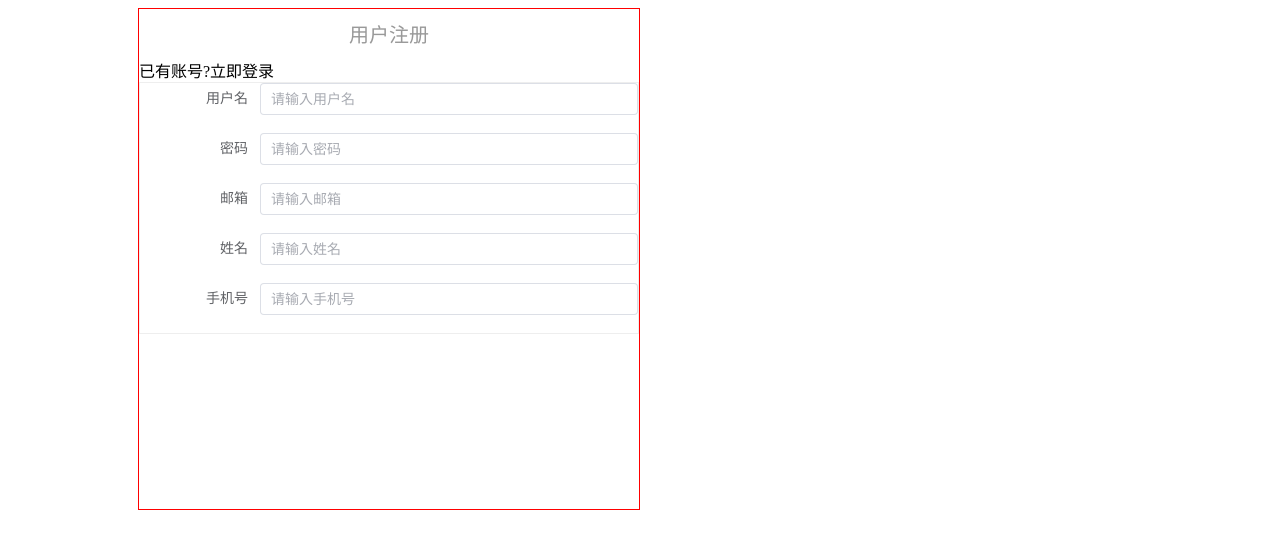
Repository: Mickey1216/yzkj_login_demo
Page: /register
An editor plug-in stored every save of this project. The page is shown before and after a run of saves, followed by the edit.
The browser window is 1280 px wide. The pictures show the whole page.
The project was rebuilt for these pictures with package versions that can differ from the ones it lists, and the page was loaded fresh each time. Also part of the build but not shown: vite.config.js, src/views/Login.vue.

Above is the page before, as saved 2023-07-04 14:57:41.

### src/main.js
import './assets/main.css'
import { createApp } from 'vue'
import App from './App.vue'
import router from './router'
import ElementPlus from 'element-plus'
import 'element-plus/dist/index.css'

const app = createApp(App)
app.use(router)
app.use(ElementPlus)
app.mount('#app')

### src/assets/main.css
#app {
  max-width: 1280px;
  margin: 0 auto;
  padding: 2rem;

  font-weight: normal;
}

a,
.green {
  text-decoration: none;
  color: hsla(160, 100%, 37%, 1);
  transition: 0.4s;
}

@media (hover: hover) {
  a:hover {
    background-color: hsla(160, 100%, 37%, 0.2);
  }
}

@media (min-width: 1024px) {
  body {
    display: flex;
    place-items: center;
  }

  #app {
    display: grid;
    grid-template-columns: 1fr 1fr;
    padding: 0 2rem;
  }
}

### src/App.vue
<template>
  <div class="ct">
    <routerView/>
  </div>
</template>

<script setup>

</script>

<style scoped>

</style>

### src/router/index.js
import { createRouter, createWebHistory } from 'vue-router'
import RegisterView from '../views/Register.vue'
import LoginView from '../views/Login.vue'

const router = createRouter({
  history: createWebHistory(import.meta.env.BASE_URL),
  routes: [
    {
      path: '/register',
      name: 'home',
      component: RegisterView
    },
    {
      path: '/login',
      name: 'login',
      component: LoginView
    }
  ]
})

export default router

### src/views/Register.vue
<template>
  <div class="register">
    <div class="title">用户注册</div>
    <div class="is_existing_account">已有账号?立即登录</div>
    <el-form :model="form" label-width="120px" style="border:1px solid #eee;">
    <el-form-item label="用户名">
      <el-input placeholder="请输入用户名" v-model="form.name"/>
    </el-form-item>
    <el-form-item label="密码">
      <el-input placeholder="请输入密码" v-model="form.password"/>
    </el-form-item>
    <el-form-item label="邮箱">
      <el-input placeholder="请输入邮箱" v-model="form.email"/>
    </el-form-item>
    <el-form-item label="姓名">
      <el-input placeholder="请输入姓名" v-model="form.name"/>
    </el-form-item>
    <el-form-item label="手机号">
      <el-input placeholder="请输入手机号" v-model="form.phone"/>
    </el-form-item>
  </el-form>
  </div>
</template>

<script setup>
import { reactive } from 'vue'

const form = reactive({
  name: '',
  password: '',
  email: '',
  name: '',
  phone: '',

})
</script>

<style scoped>
.register{
  width: 500px;
  height: 500px;
  border: 1px solid red;
}
.title{
  margin: 10px 0;
  display: flex;
  align-items: center;
  justify-content: center;
  font-size: 20px;
  color: #999;
}
.is_existing_account{
  font-size: 20;
}
</style>

Loaded but not shown: index.html (common file)

After the next 4 saves:
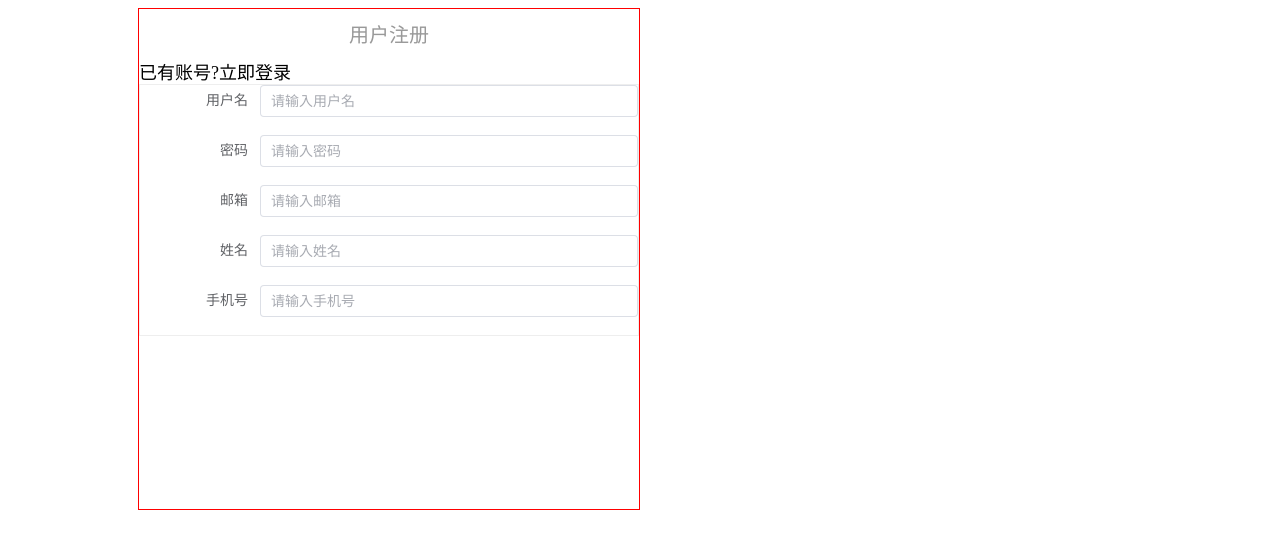
The 4 saves are shown as one change because they came seconds apart.
The last was saved 11 s later.
--- a/src/views/Register.vue
+++ b/src/views/Register.vue
@@ -50,6 +50,6 @@ const form = reactive({
   color: #999;
 }
 .is_existing_account{
-  font-size: 20;
+  font-size: 18px;
 }
 </style>
